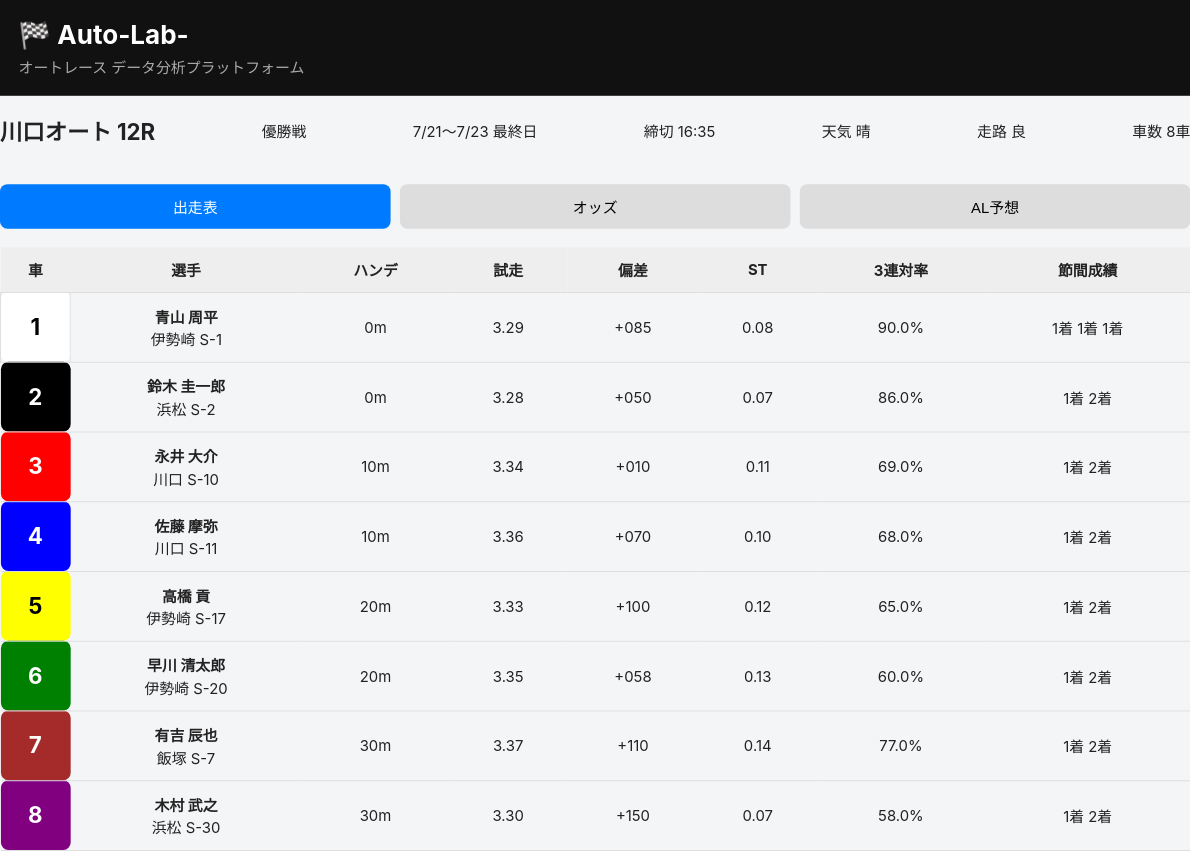
Repository: autorace-lab/Auto-Lab--main
Page: race.html
The author's editor kept a copy of each file at every save. The page is drawn from the files as they stood at one save, then again after the next save.
The browser window is 1280 px wide. The pictures show the whole page, at 93% of full size.

Above is the page before, as saved 2026-08-01 23:50:31.

After the next save:
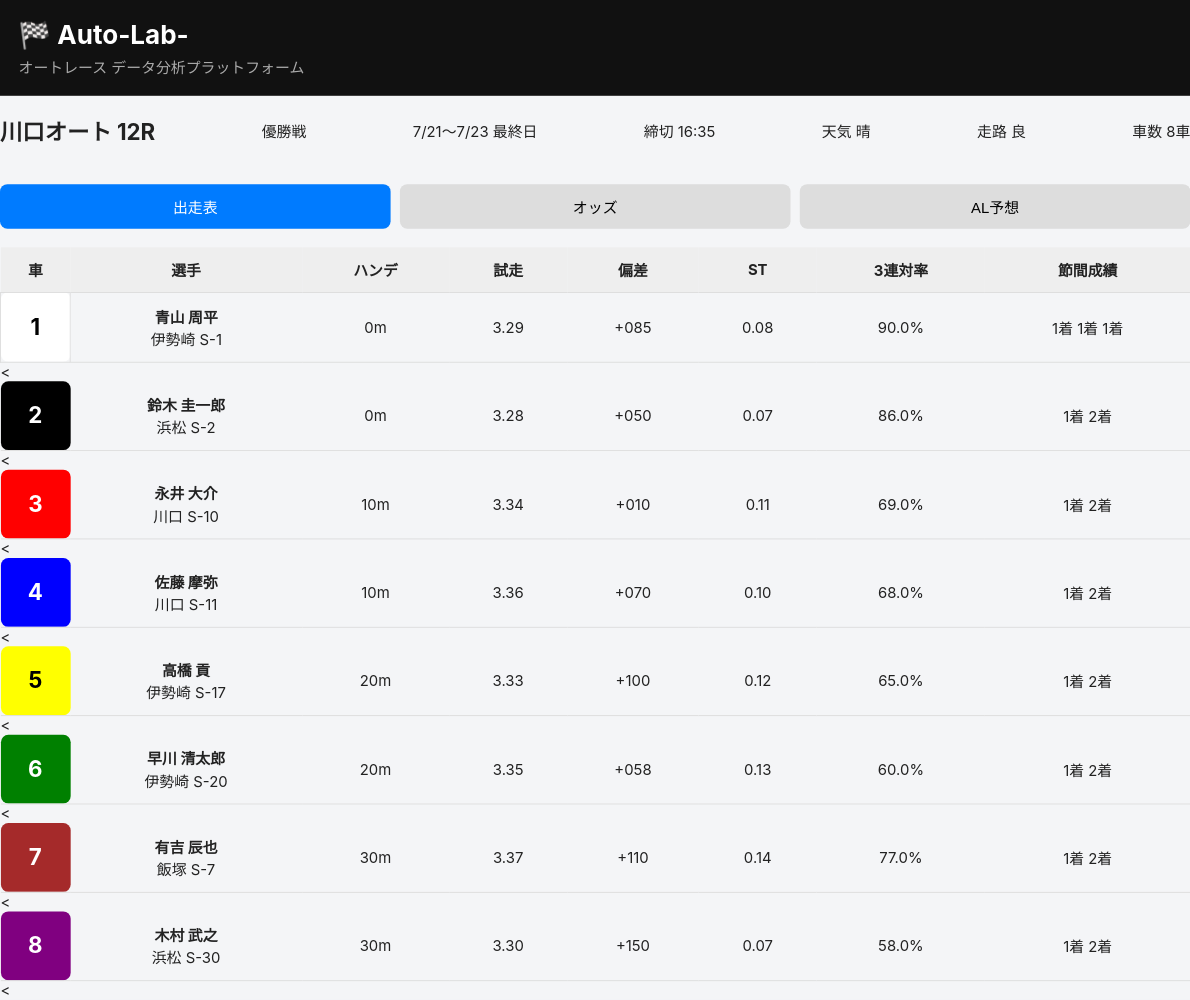
Saved 80 s later.
--- a/script.js
+++ b/script.js
@@ -481,7 +481,15 @@ table.innerHTML += `
 ${player.place} ${player.rank}
 </td>
 
-<td>${player.handicap}</td>
+<<td>
+    ${
+        handicapMode
+        ? (calcDeployBuff(player) >= 0
+            ? "+" + calcDeployBuff(player) + "%"
+            : calcDeployBuff(player) + "%")
+        : player.handicap
+    }
+</td>
 
 <td class="trial-time">${Number(player.time).toFixed(2)}</td>
 
